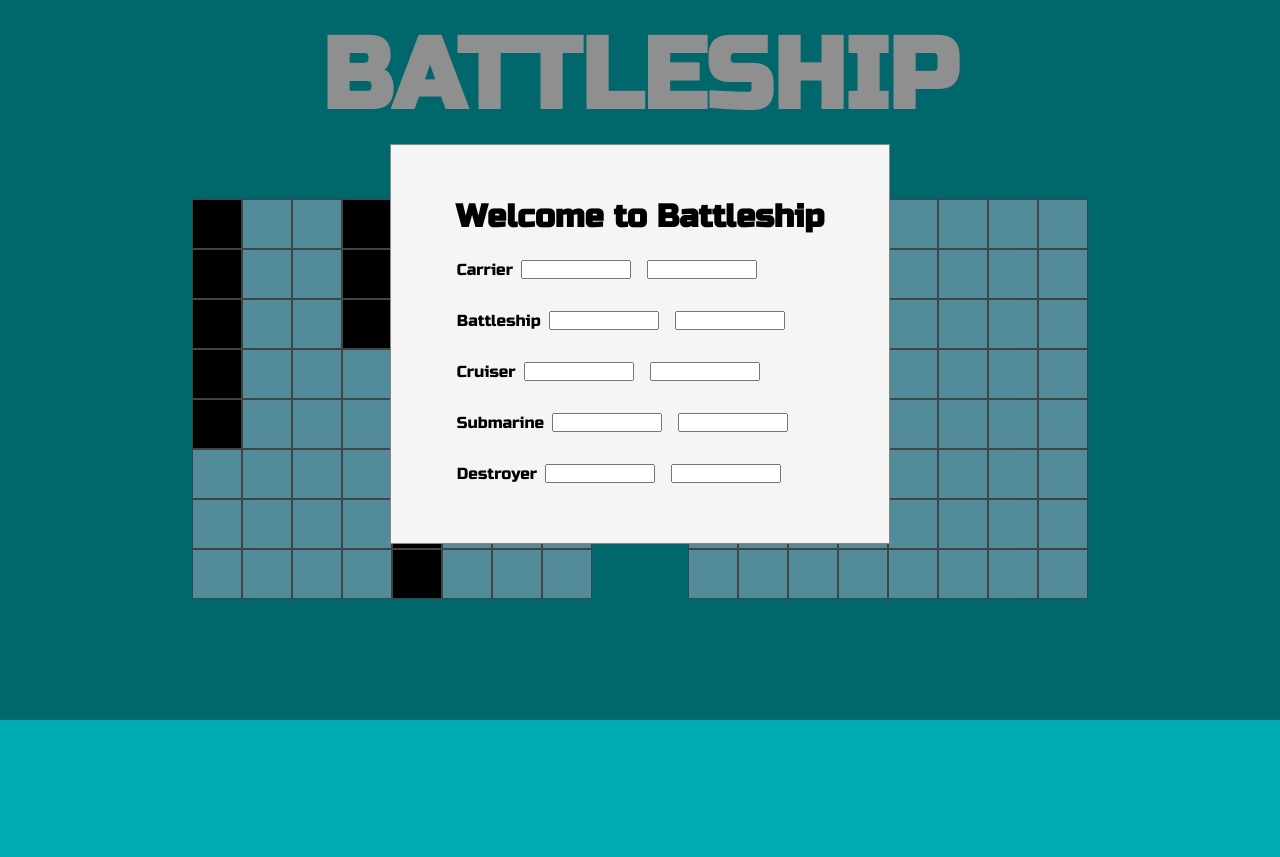
Repository: AzharMoosa/battleship
Page: /
The author's editor kept a copy of each file at every save. The page is drawn from the files as they stood at one save, then again after the next save.
The browser window is 1280 px wide. The pictures show the whole page.
The project was rebuilt for these pictures with package versions that can differ from the ones it lists, and the page was loaded fresh each time.

Above is the page before, as saved 2020-07-09 10:13:44.

After the next save:
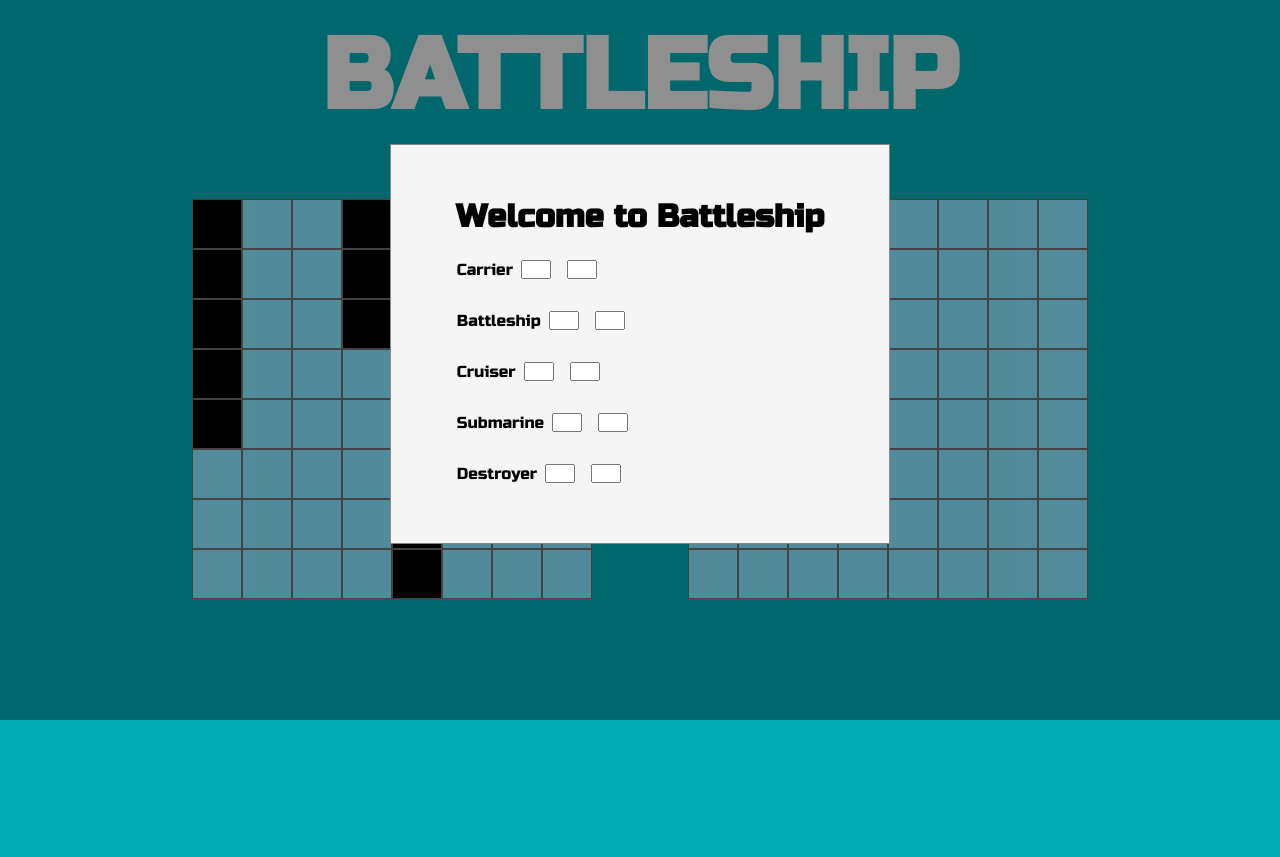
Saved 6 s later.
--- a/src/App.css
+++ b/src/App.css
@@ -129,7 +129,7 @@ body {
 
 .coord-input {
   margin: 0.5rem;
-  width: 30%;
+  width: 30px;
 }
 
 .modal {
